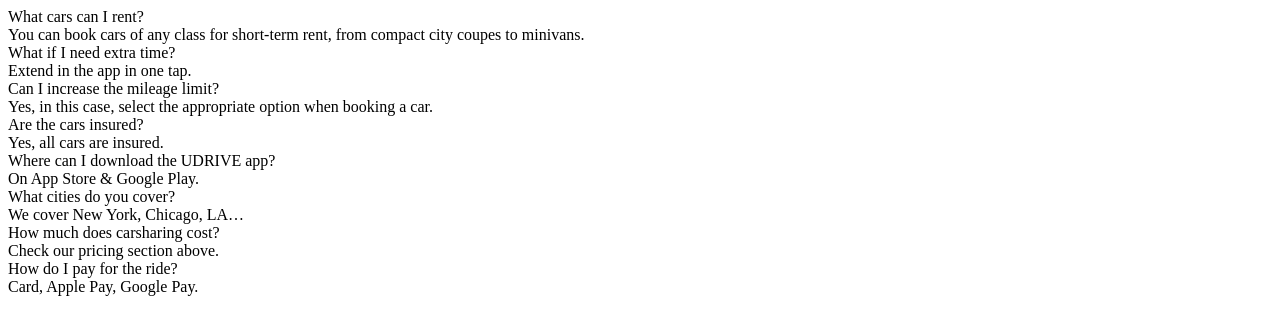
Repository: sanyathecreator/udrive-carsharing
Page: index.faq.partial.html
These files come from the project's save history. The page is drawn as it stood at one moment and after the next save; the edit follows.
The browser window is 1280 px wide. The pictures show the whole page.

Above is the page before, as saved 2025-09-11 01:36:32.

After the next save:
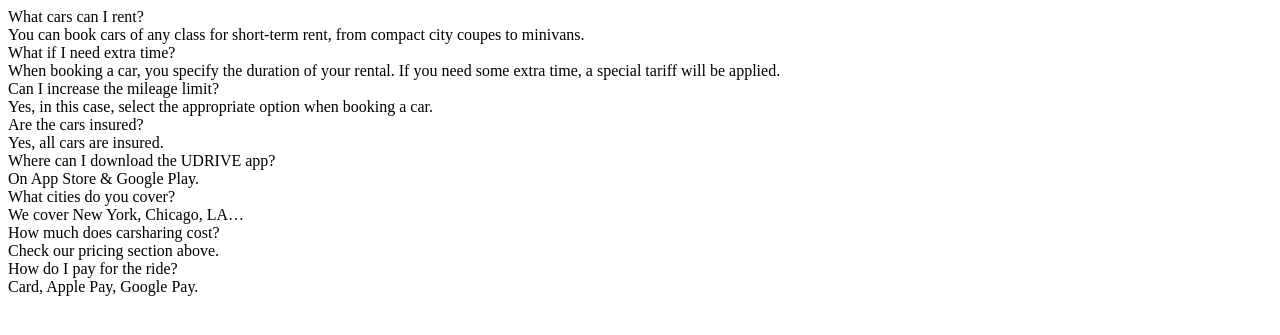
Saved 13 s later.
--- a/index.faq.partial.html
+++ b/index.faq.partial.html
@@ -7,7 +7,7 @@
 
     <div class="faq__item">
       <div class="faq__q">What if I need extra time?</div>
-      <div class="faq__a">Extend in the app in one tap.</div>
+      <div class="faq__a">When booking a car, you specify the duration of your rental. If you need some extra time, a special tariff will be applied.</div>
     </div>
 
     <div class="faq__item">
